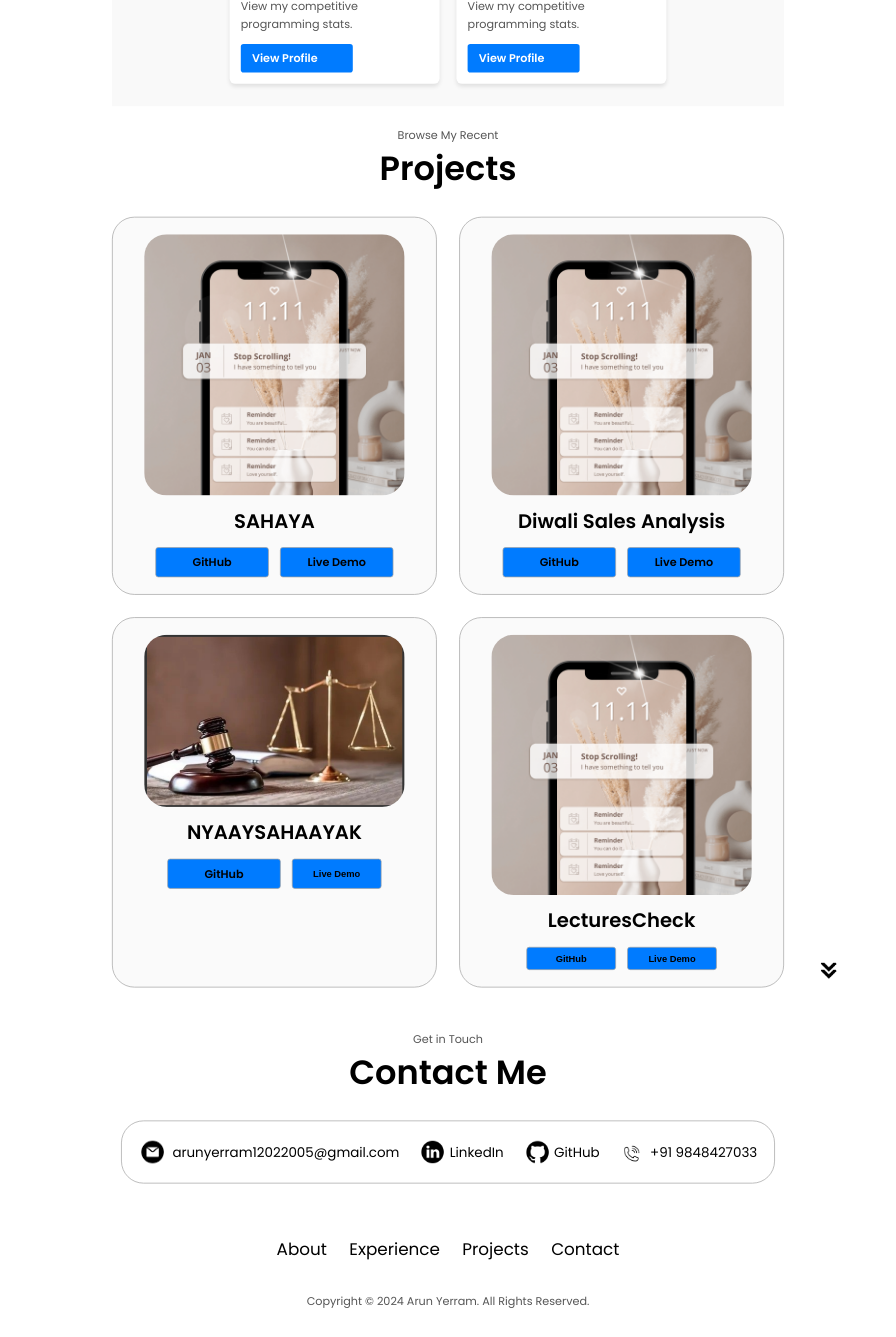
Repository: arunyerram/PortFolio
Page: index.html
The author's editor kept a copy of each file at every save. The page is drawn from the files as they stood at one save, then again after a run of saves.
The browser window is 1280 px wide. The pictures show the part of the page from y = 2874 to 4794 px (the page is 4784 px tall before and 4794 px after), at 70% of full size.

Above is the page before, as saved 2025-03-15 18:26:05.

### index.html
<!DOCTYPE html>
<html lang="en">
<head>
  <meta charset="UTF-8" />
  <meta http-equiv="X-UA-Compatible" content="IE=edge" />
  <meta name="viewport" content="width=device-width, initial-scale=1.0" />
  <title>My Portfolio</title>
  <link rel="stylesheet" href="style.css" />
  <link rel="stylesheet" href="mediaqueries.css" />
</head>
<body>
  <nav id="desktop-nav">
    <div class="logo">ARUN YERRAM</div>
    <div>
      <ul class="nav-links">
        <li><a href="#about">About</a></li>
        <li><a href="#experience">Experience</a></li>
        <li><a href="#projects">Projects</a></li>
        <li><a href="#contact">Contact</a></li>
      </ul>
    </div>
  </nav>
  <nav id="hamburger-nav">
    <div class="logo">ARUN YERRAM</div>
    <div class="hamburger-menu">
      <div class="hamburger-icon" onclick="toggleMenu()">
        <span></span>
        <span></span>
        <span></span>
      </div>
      <div class="menu-links">
        <li><a href="#about" onclick="toggleMenu()">About</a></li>
        <li><a href="#experience" onclick="toggleMenu()">Experience</a></li>
        <li><a href="#projects" onclick="toggleMenu()">Projects</a></li>
        <li><a href="#contact" onclick="toggleMenu()">Contact</a></li>
      </div>
    </div>
  </nav>
  <section id="profile">
    <div class="section__pic-container">
      <img src="./assets/Photo1.jpg" alt="John Doe profile picture" width="400px" height="250px" />
    </div>
    <div class="section__text">
      <p class="section__text__p1">Hello, I'm</p>
      <h1 class="title">ARUN YERRAM</h1>
      <p class="section__text__p2">FullStack Developer</p>
      <div class="btn-container">
        <button class="btn btn-color-2" onclick="window.open('./assets/My_Resume.pdf')">Download CV</button>
        <button class="btn btn-color-1" onclick="location.href='./#contact'">Contact Info</button>
      </div>

      <!-- <div id="coding-profiles">
        <p>My Coding Profiles</p>
        <div class="coding-icons">
          <img src="./assets/leetcode.png" alt="My LeetCode profile" class="icon" onclick="window.open('https://leetcode.com/u/arun_2005/', '_blank')" width="80px"/>
          <img src="./assets/GFG.jpeg" alt="My GFG profile" class="icon" width="80px" onclick="window.open('https://www.geeksforgeeks.org/user/arunyerram/?utm_source=geeksforgeeks&utm_medium=my_profile&utm_campaign=auth_user', '_blank')" />
          <img src="./assets/CodeChef.jpeg" alt="My CodeChef profile" class="icon" onclick="window.open('https://www.codechef.com/users/yarun2k05', '_blank')" width="80px"/>
          <img src="./assets/Codeforces.png" alt="My CodeForces profile" class="icon" width="80px" onclick="window.open('https://codeforces.com/profile/Arunyerram_12', '_blank')" />
          <img src="./assets/IB.png" alt="My InterviewBit profile" class="icon" width="80px" onclick="window.open('https://www.interviewbit.com/profile/yerram-arun/', '_blank')" />
        </div> -->
    </div>
  </section>
  <section id="about">
    <p class="section__text__p1">Get To Know More</p>
    <h1 class="title">About Me</h1>
    <div class="section-container">
      <div class="section__pic-container">
        <img src="./assets/Photo1.jpg" alt="Profile picture" class="about-pic" width="300px"/>
      </div>
      <div class="about-details-container">
        <div class="about-containers">
          <div class="details-container">
            <img src="./assets/experience.png" alt="Experience icon" class="icon" />
            <h3>Experience and Learning</h3>
            <p>0-2 years <br />Full Stack Development</p>
          </div>
          <div class="details-container">
            <img src="./assets/education.png" alt="Education icon" class="icon" />
            <h3>Education</h3>
            <p>Pursuing B.Tech (Bachelors Degree) Majoring in Data Science From Keshav Memorial Institute of Technology <br /></p>
          </div>
        </div>
        <div class="text-container">
          <p>I have a keen interest in <b>Full Stack Development , </b> <b>Problem Solving</b> and am eager to learn <b> Data Science </b> and explore various tech fields.</p>
        </div>
      </div>
    </div>
    <img src="./assets/arrow.png" alt="Arrow icon" class="icon arrow" onclick="location.href='./#experience'" />
  </section>
  <section id="experience">
    <p class="section__text__p1">Explore My</p>
    <h1 class="title">Experience</h1>
    <div class="experience-details-container">
      <div class="about-containers">
        <div class="details-container">
          <h2 class="experience-sub-title">Full Stack Development</h2>
          <div class="article-container">
            <article>
              <img src="./assets/checkmark.png" alt="Experience icon" class="icon" />
              <div>
                <h3>HTML</h3>
                <p>Experienced</p>
              </div>
            </article>

            <article>
              <img src="./assets/checkmark.png" alt="Experience icon" class="icon" />
              <div>
                <h3>CSS</h3>
                <p>Experienced</p>
              </div>
            </article>

            <article>
              <img src="./assets/checkmark.png" alt="Experience icon" class="icon" />
              <div>
                <h3>JS</h3>
                <p>Intermediate</p>
              </div>
            </article>

            <article>
              <img src="./assets/checkmark.png" alt="Experience icon" class="icon" />
              <div>
                <h3>React</h3>
                <p>Intermediate</p>
              </div>
            </article>

            <article>
              <img src="./assets/checkmark.png" alt="Experience icon" class="icon" />
              <div>
                <h3>MongoDB</h3>
                <p>Intermediate</p>
              </div>
            </article>

            <article>
              <img src="./assets/checkmark.png" alt="Experience icon" class="icon" />
              <div>
                <h3>Node JS</h3>
                <p>Intermediate</p>
              </div>
            </article>

            <article>
              <img src="./assets/checkmark.png" alt="Experience icon" class="icon" />
              <div>
                <h3>Express JS</h3>
                <p>Intermediate</p>
              </div>
            </article>

            <article>
              <img src="./assets/checkmark.png" alt="Experience icon" class="icon" />
              <div>
                <h3>Git & GitHub</h3>
                <p>Intermediate</p>
              </div>
            </article>

          </div>
        </div>
        <div class="details-container">
          <h2 class="experience-sub-title">DSA and Languages</h2>
          <div class="article-container">
            <article>
              <img src="./assets/checkmark.png" alt="Experience icon" class="icon" />
              <div>
                <h3>CPP</h3>
                <p>Intermediate</p>
              </div>
            </article>
            <article>
              <img src="./assets/checkmark.png" alt="Experience icon" class="icon" />
              <div>
                <h3>Python</h3>
                <p>Intermediate</p>
              </div>
            </article>

            <article>
              <img src="./assets/checkmark.png" alt="Experience icon" class="icon" />
              <div>
                <h3>JavaScript</h3>
                <p>Intermediate</p>
              </div>
            </article>

            <article>
              <img src="./assets/checkmark.png" alt="Experience icon" class="icon" />
              <div>
                <h3>Java</h3>
                <p>Intermediate</p>
              </div>
            </article>

            <article>
              <img src="./assets/checkmark.png" alt="Experience icon" class="icon" />
              <div>
                <h3>C</h3>
                <p>Intermediate</p>
              </div>
            </article>
          </div>
        </div>
      </div>
    </div>
    <img src="./assets/arrow.png" alt="Arrow icon" class="icon arrow" onclick="location.href='./#projects'" />
  </section>



  <section class="coding-profiles">
    <h2 class="section-title">My Coding Profiles</h2>
    <div class="card-container">
      <!-- LeetCode Card -->
      <div class="card">
        <img src="./assets/leetcode.jpg" alt="LeetCode" class="card-img">
        <div class="card-body">
          <h3 class="card-title">LeetCode</h3>
          <p class="card-text">Explore my coding journey on LeetCode.</p>
          <a href="https://leetcode.com/arun_2005" target="_blank" class="btn">View Profile</a>
        </div>
      </div>

      <!-- GeeksforGeeks Card -->
      <div class="card">
        <img src="./assets/geeksforgeeks.jpg" alt="GeeksforGeeks" class="card-img">
        <div class="card-body">
          <h3 class="card-title">GeeksforGeeks</h3>
          <p class="card-text">Check out my problem-solving on GFG.</p>
          <a href="https://www.geeksforgeeks.org/user/arunyerram/" target="_blank" class="btn">View Profile</a>
        </div>
      </div>

      <!-- Add More Cards -->
      <div class="card">
        <img src="./assets/codechef.jpg" alt="Codeforces" class="card-img">
        <div class="card-body">
          <h3 class="card-title">Codechef</h3>
          <p class="card-text">View my competitive programming stats.</p>
          <a href="https://www.codechef.com/users/yarun2k05" target="_blank" class="btn">View Profile</a>
        </div>
      </div>

      <div class="card">
        <img src="./assets/codeforces.jpg" alt="Codeforces" class="card-img">
        <div class="card-body">
          <h3 class="card-title">Codeforces</h3>
          <p class="card-text">View my competitive programming stats.</p>
          <a href="https://codeforces.com/profile/Arunyerram_12" target="_blank" class="btn">View Profile</a>
        </div>
      </div>

    </div>
  </section>




  <section id="projects">
    <p class="section__text__p1">Browse My Recent</p>
    <h1 class="title">Projects</h1>

    <div class="experience-details-container">

      <div class="about-containers">



        <div class="details-container color-container">
          <div class="article-container">
            <img src="./assets/project-2.png" alt="Project 2" class="project-img" />
          </div>
          <h2 class="experience-sub-title project-title">SAHAYA</h2>
          <!-- <div class="btn-container">
            <button class="btn btn-color-2 project-btn" onclick="location.href='https://github.com/ARUN-YERRAM/LecturesCheck'">GitHub</button>
            <button class="btn btn-color-2 project-btn" onclick="location.href=''">Live Demo</button>
          </div> -->
          <div class="btn-container">
            <a href="https://github.com/ARUN-YERRAM/Project-3-1-CHatbot-Mental-Health-" class="btn btn-color-2 project-btn" target="_blank">GitHub</a>
            <a href="" class="btn btn-color-2 project-btn" target="_blank">Live Demo</a>
          </div>

        </div>

        <div class="details-container color-container">
          <div class="article-container">
            <img src="./assets/project-2.png" alt="Project 2" class="project-img" />
          </div>
          <h2 class="experience-sub-title project-title">Diwali Sales Analysis</h2>
          <!-- <div class="btn-container">
            <button class="btn btn-color-2 project-btn" onclick="location.href='https://github.com/ARUN-YERRAM/LecturesCheck'">GitHub</button>
            <button class="btn btn-color-2 project-btn" onclick="location.href=''">Live Demo</button>
          </div> -->
          <div class="btn-container">
            <a href="https://github.com/ARUN-YERRAM/Data-Analysis-Project" class="btn btn-color-2 project-btn" target="_blank">GitHub</a>
            <a href="" class="btn btn-color-2 project-btn" target="_blank">Live Demo</a>
          </div>

        </div>

        <div class="details-container color-container">
          <div class="article-container">
            <img src="./assets/P1.png" alt="Project 1" class="project-img" />
          </div>
          <h2 class="experience-sub-title project-title">NYAAYSAHAAYAK</h2>
          <div class="btn-container">
            <a href="https://github.com/ARUN-YERRAM/NYAAYSAHAAYAK" class="btn btn-color-2 project-btn" target="_blank">GitHub</a>
            <!-- <button class="btn btn-color-2 project-btn" onclick="location.href=''">GitHub</button> -->
            <button class="btn btn-color-2 project-btn" onclick="location.href=''">Live Demo</button>
          </div>
        </div>

        <div class="details-container color-container">
          <div class="article-container">
            <img src="./assets/project-2.png" alt="Project 2" class="project-img" />
          </div>
          <h2 class="experience-sub-title project-title">LecturesCheck</h2>
          <div class="btn-container">
            <button class="btn btn-color-2 project-btn" onclick="location.href='https://github.com/ARUN-YERRAM/LecturesCheck'">GitHub</button>
            <button class="btn btn-color-2 project-btn" onclick="location.href=''">Live Demo</button>
          </div>
        </div>

      </div>

    </div>
    <img src="./assets/arrow.png" alt="Arrow icon" class="icon arrow" onclick="location.href='./#contact'" />
  </section>


  <section id="contact">
    <p class="section__text__p1">Get in Touch</p>
    <h1 class="title">Contact Me</h1>
    <div class="contact-info-upper-container">
      <div class="contact-info-container">
        <img src="./assets/email.png" alt="Email icon" class="icon contact-icon email-icon" />
        <p><a href="mailto:arunyerram12022005@gmail.com">arunyerram12022005@gmail.com</a></p>
      </div>
      <div class="contact-info-container">
        <img src="./assets/linkedin.png" alt="LinkedIn icon" class="icon contact-icon" />
        <p><a href="https://www.linkedin.com/in/arun-yerram/">LinkedIn</a></p>
      </div>
      <div class="contact-info-container">
        <img src="./assets/github.png" alt="LinkedIn icon" class="icon contact-icon" />
        <p><a href="https://www.github.com/ARUN-YERRAM/">GitHub</a></p>
      </div>

      <div class="contact-info-container">
        <img src="./assets/phone.png" alt="Phone icon" class="icon contact-icon" />
        <p><a href="tel:+91 630 199 0000">+91 9848427033</a></p>
    </div>
  </section>
  <footer>
    <nav>
      <div class="nav-links-container">
        <ul class="nav-links">
          <li><a href="#about">About</a></li>
          <li><a href="#experience">Experience</a></li>
          <li><a href="#projects">Projects</a></li>
          <li><a href="#contact">Contact</a></li>
        </ul>
      </div>
    </nav>
    <p>Copyright &#169; 2024 Arun Yerram. All Rights Reserved.</p>
  </footer>
  <script src="script.js"></script>
</body>
</html>

### mediaqueries.css
@media screen and (max-width: 1400px) {
  #profile {
    height: 83vh;
    margin-bottom: 6rem;
  }
  .about-containers {
    flex-wrap: wrap;
  }
  #contact,
  #projects {
    height: fit-content;
  }
}

@media screen and (max-width: 1200px) {
  #desktop-nav {
    display: none;
  }
  #hamburger-nav {
    display: flex;
  }
  #experience,
  .experience-details-container {
    margin-top: 2rem;
  }
  #profile,
  .section-container {
    display: block;
  }
  .arrow {
    display: none;
  }
  section,
  .section-container {
    height: fit-content;
  }
  section {
    margin: 0 5%;
  }
  .section__pic-container {
    width: 275px;
    height: 275px;
    margin: 0 auto 2rem;
  }
  .about-containers {
    margin-top: 0;
  }
}

@media screen and (max-width: 600px) {
  #contact,
  footer {
    height: 40vh;
  }
  #profile {
    height: 83vh;
    margin-bottom: 0;
  }
  article {
    font-size: 1rem;
  }
  footer nav {
    height: fit-content;
    margin-bottom: 2rem;
  }
  .about-containers,
  .contact-info-upper-container,
  .btn-container {
    flex-wrap: wrap;
  }
  .contact-info-container {
    margin: 0;
  }
  .contact-info-container p,
  .nav-links li a {
    font-size: 1rem;
  }
  .experience-sub-title {
    font-size: 1.25rem;
  }
  .logo {
    font-size: 1.5rem;
  }
  .nav-links {
    flex-direction: column;
    gap: 0.5rem;
    text-align: center;
  }
  .section__pic-container {
    width: auto;
    height: 46vw;
    justify-content: center;
  }
  .section__text__p2 {
    font-size: 1.25rem;
  }
  .title {
    font-size: 2rem;
  }
  .text-container {
    text-align: justify;
  }
}

Loaded but not shown: script.js (common file); style.css (523 lines, source omitted)

After the next 3 saves:
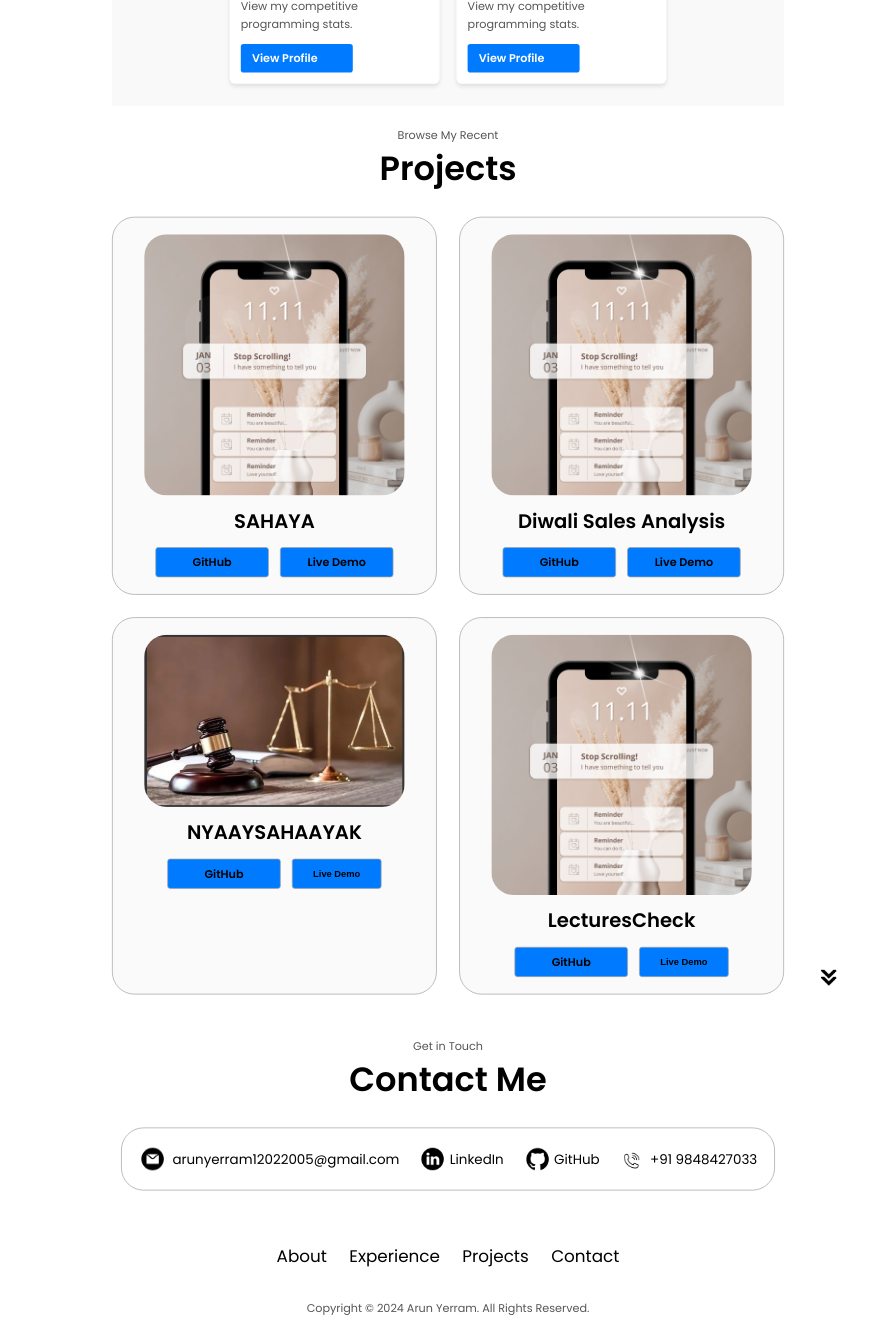
The 3 saves are shown as one change because they came seconds apart.
The last was saved 17 s later.
--- a/index.html
+++ b/index.html
@@ -319,7 +319,8 @@
           </div>
           <h2 class="experience-sub-title project-title">LecturesCheck</h2>
           <div class="btn-container">
-            <button class="btn btn-color-2 project-btn" onclick="location.href='https://github.com/ARUN-YERRAM/LecturesCheck'">GitHub</button>
+            <a href="https://github.com/ARUN-YERRAM/Data-Analysis-Project" class="btn btn-color-2 project-btn" target="_blank">GitHub</a>
+            <!-- <button class="btn btn-color-2 project-btn" onclick="location.href='https://github.com/ARUN-YERRAM/LecturesCheck'">GitHub</button> -->
             <button class="btn btn-color-2 project-btn" onclick="location.href=''">Live Demo</button>
           </div>
         </div>
